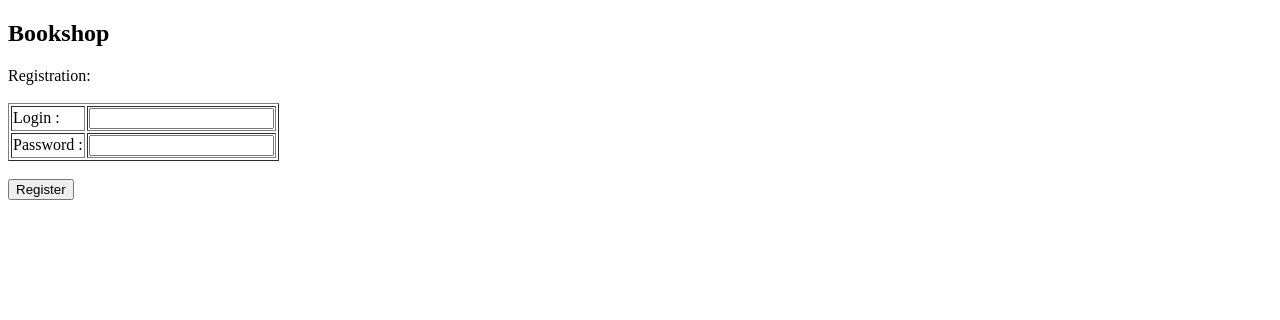
Repository: zlenyk/wrzucak
Page: http://localhost/Shop/registration.jsp
These files come from the project's save history. The page is drawn as it stood at one moment and after the next save; the edit follows.
The browser window is 1280 px wide. The pictures show the whole page.
The page is served by Tomcat 9.

Above is the page before, as saved 2013-09-23 14:29:06.

### Shop/WebContent/registration.jsp
<%@ page language="java" contentType="text/html; charset=ISO-8859-1"
    pageEncoding="ISO-8859-1"%>
<!DOCTYPE html PUBLIC "-//W3C//DTD HTML 4.01 Transitional//EN" "http://www.w3.org/TR/html4/loose.dtd">
<html>
<head>
<meta http-equiv="Content-Type" content="text/html; charset=ISO-8859-1">
<head>
  <title>Bookshop</title>
</head>
<body>
  <h2>Bookshop</h2>
<body>
  <form method="POST" action="http://localhost:8080/Shop/Registration">
    Registration:<br /><br />
    <table border = 1>
    	<tr>
    		<td>Login :</td> <td><input type="text" name="login" /></td>
    	</tr>
    	<tr>
    		<td>Password :</td> <td><input type="password" name="password" /></td>
    	</tr>
    </table>
    <br />
    <input type="hidden" name ="action" value = "login" />
    <input type="submit" value="Register" />
  </form>
</body>
</html>

After the next save:
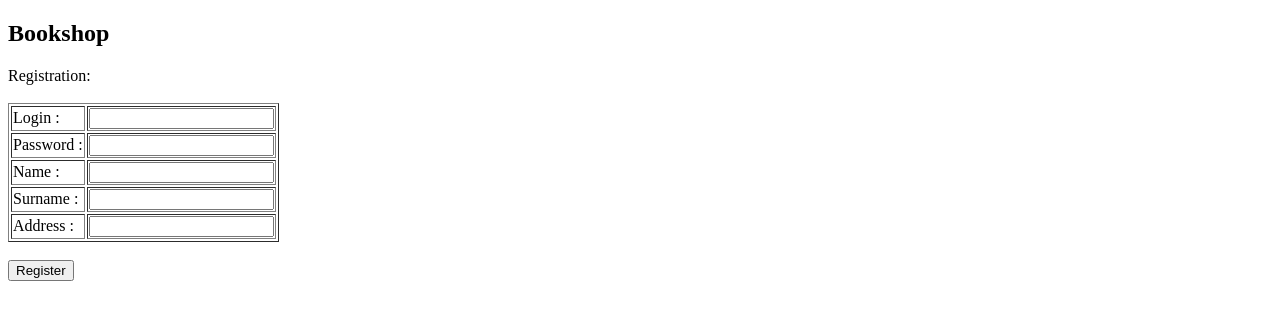
Saved 4 s later.
--- a/Shop/WebContent/registration.jsp
+++ b/Shop/WebContent/registration.jsp
@@ -19,6 +19,15 @@
     	<tr>
     		<td>Password :</td> <td><input type="password" name="password" /></td>
     	</tr>
+    	<tr>
+    		<td>Name :</td> <td><input type="text" name="login" /></td>
+    	</tr>
+    	<tr>
+    		<td>Surname :</td> <td><input type="text" name="login" /></td>
+    	</tr>
+    	<tr>
+    		<td>Address :</td> <td><input type="text" name="address" /></td>
+    	</tr>
     </table>
     <br />
     <input type="hidden" name ="action" value = "login" />
